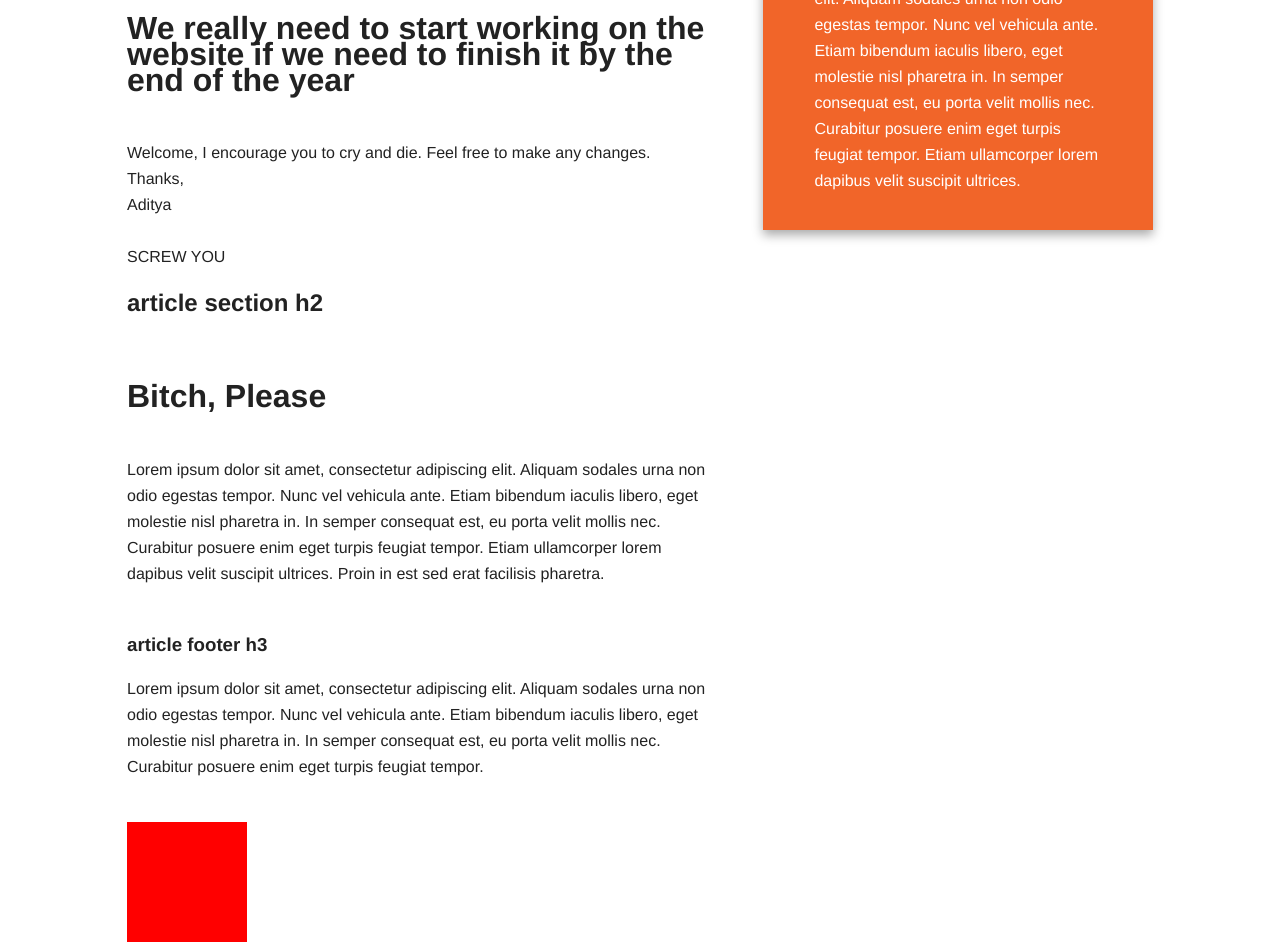
Repository: creativeday/Team2
Page: index.html
The author's editor kept a record of every edit. The page is drawn from the files as they stood at one moment, then again after the next edit.
The browser window is 1280 px wide. The pictures show the part of the page from y = 575 to 1527 px (the page is 2103 px tall before and 2077 px after).
A picture or video elsewhere on the page could not be fetched, so the positions and the page height are approximate. Some web libraries are served in a nearby version.

Above is the page before.

### index.html
<!DOCTYPE html>
<html class="no-js">
    <head>
        <script>
            alert("Welcome");
        </script>
        <meta charset="utf-8">
        <meta http-equiv="X-UA-Compatible" content="IE=edge,chrome=1">
        <title>Aditya</title>
        <meta name="description" content="">
        <meta name="viewport" content="width=device-width, initial-scale=1">

        <link rel="stylesheet" href="css/normalize.min.css">
        <link rel="stylesheet" href="css/main.css">

        <script src="js/vendor/modernizr-2.6.2-respond-1.1.0.min.js"></script>
    </head>
    <body>

        <div class="header-container">
            <header class="wrapper clearfix">
                <img src = http://upload.wikimedia.org/wikipedia/en/0/08/LearnToBeLogo.gif>
                <div class = "navlink">
                    <br>
                    <a href = "http://google.com">
                        <button>Google</button>
                    </a>
                </div>
                <div class = "navlink">
                    <br>
                    <a href = "http://google.com">
                        <button>Aditya is the best</button>
                    </a>
                </div>
                <div class = "navlink">
                    <br>
                    <a href = "http://google.com">
                        <button>Better than you</button>
                    </a>
                </div>
                <div class = "navlink">
                    <br>
                    <a href = "http://google.com">
                        <button>Button</button>
                    </a>
                </div>
                <div class = "navlink">
                    <br>
                    <a href = "http://google.com">
                        <button>Button</button>
                    </a>
                </div>
                <div class = "navlink">
                    <br>
                    <a href = "http://google.com">
                        <button>Button</button>
                    </a>
                </div>
                <nav>
                    <ul>
                        <li><a href="#">Innovate</a></li>
                        <li><a href="#">Create</a></li>
                        <li><a href="http://www.mvcompsci.com">MV Comp Sci</a></li>
                    </ul>
                </nav>
            </header>
        </div>

        <div class="main-container">
            <div class="main wrapper clearfix">

                <article>
                    <header>
                        <h1>Welcome</h1>
                        <h1>Lets get started</h1>
                    </header>
                    <section>
                        <br>
                        <h1>We really need to start working on the website if we need to finish it by the end of the year</h1><br>
                        Welcome, I encourage you to cry and die. Feel free to make any changes.
                        <br> Thanks,
                        <br> Aditya<br><br>
                        SCREW YOU
                    </section>
                    <section>
                        <h2>article section h2</h2>
                        <br><h1>Bitch, Please</h1><br>
                        Lorem ipsum dolor sit amet, consectetur adipiscing elit. Aliquam sodales urna non odio egestas tempor. Nunc vel vehicula ante. Etiam bibendum iaculis libero, eget molestie nisl pharetra in. In semper consequat est, eu porta velit mollis nec. Curabitur posuere enim eget turpis feugiat tempor. Etiam ullamcorper lorem dapibus velit suscipit ultrices. Proin in est sed erat facilisis pharetra.<br><br>
                    </section>
                    <footer>
                        <h3>article footer h3</h3>
                        Lorem ipsum dolor sit amet, consectetur adipiscing elit. Aliquam sodales urna non odio egestas tempor. Nunc vel vehicula ante. Etiam bibendum iaculis libero, eget molestie nisl pharetra in. In semper consequat est, eu porta velit mollis nec. Curabitur posuere enim eget turpis feugiat tempor.<br><br>
                    </footer>

                    <div>
                    <p></p><br><br><br><br><br><br><br><br><br><br><br><br><br><br><br><br>
                </article>

                <aside>
                    <h3>Aditya Ramkumar's Team 2 site</h3>
                    This site belongs to Aditya! Lorem ipsum dolor sit amet, consectetur adipiscing elit. Aliquam sodales urna non odio egestas tempor. Nunc vel vehicula ante. Etiam bibendum iaculis libero, eget molestie nisl pharetra in. In semper consequat est, eu porta velit mollis nec. Curabitur posuere enim eget turpis feugiat tempor. Etiam ullamcorper lorem dapibus velit suscipit ultrices.<br><br>
                </aside>

            </div> <!-- #main -->

        </div> <!-- #main-container -->

        <div>
            <style>
p {
    width: 120px;
    height: 120px;
    background: red;
    position: relative;
    /* Chrome, Safari, Opera */
    -webkit-animation-name: myfirst;
    -webkit-animation-duration: 3s;
    -webkit-animation-timing-function: linear;
    -webkit-animation-delay: 2s;
    -webkit-animation-iteration-count: infinite;
    -webkit-animation-direction: alternate;
    -webkit-animation-play-state: running;
    -webkit-transition: width 2s; /* For Safari 3.1 to 6.0 */
    transition: width 2s;
    /* Standard syntax */
    animation-name: myfirst;
    animation-duration: 3s;
    animation-timing-function: linear;
    animation-delay: 2s;
    animation-iteration-count: infinite;
    animation-direction: alternate;
    animation-play-state: running;
}

/* Chrome, Safari, Opera */
@-webkit-keyframes myfirst {
    0%   {background:red; left:0px; top:0px;}
    25%  {background:yellow; left:450px; top:0px;}
    50%  {background:blue; left:450px; top:450px;}
    75%  {background:green; left:0px; top:450px;}
    100% {background:red; left:0px; top:0px;}
}

/* Standard syntax */
@keyframes myfirst {
    0%   {background:red; left:0px; top:0px;}
    25%  {background:yellow; left:450px; top:0px;}
    50%  {background:blue; left:450px; top:450px;}
    75%  {background:green; left:0px; top:450px;}
    100% {background:red; left:0px; top:0px;}
}
p:hover {
    width: 300px;
}
</style>
        </div>


        <div class="footer-container">
            <footer class="wrapper">
                <h3>Thank you from Aditya</h3>
            </footer>
        </div>

        <script src="//ajax.googleapis.com/ajax/libs/jquery/1.11.1/jquery.min.js"></script>
        <script>window.jQuery || document.write('<script src="js/vendor/jquery-1.11.1.min.js"><\/script>')</script>

        <script src="js/main.js"></script>
    </body>
</html>

### css/main.css
/*! HTML5 Boilerplate v4.3.0 | MIT License | http://h5bp.com/ */

.navlink {
    width: 16.666%;
    float: left;
}

html,
button,
input,
select,
textarea {
    color: #222;
}

html {
    font-size: 1em;
    line-height: 1.4;
}

::-moz-selection {
    background: #b3d4fc;
    text-shadow: none;
}

::selection {
    background: #b3d4fc;
    text-shadow: none;
}

hr {
    display: block;
    height: 1px;
    border: 0;
    border-top: 1px solid #ccc;
    margin: 1em 0;
    padding: 0;
}

audio,
canvas,
img,
video {
    vertical-align: middle;
}

fieldset {
    border: 0;
    margin: 0;
    padding: 0;
}

textarea {
    resize: vertical;
}

.browsehappy {
    margin: 0.2em 0;
    background: #ccc;
    color: #000;
    padding: 0.2em 0;
}


/* ===== Initializr Styles ==================================================
   Author: Jonathan Verrecchia - verekia.com/initializr/responsive-template
   ========================================================================== */

body {
    font: 16px/26px Helvetica, Helvetica Neue, Arial;
}

.wrapper {
    width: 90%;
    margin: 0 5%;
}

/* ===================
    ALL: Orange Theme
   =================== */

.header-container {
    border-bottom: 20px solid #e44d26;
}

.footer-container,
.main aside {
    border-top: 20px solid #e44d26;
}

.header-container,
.footer-container,
.main aside {
    background: #f16529;
}

.title {
    color: white;
}

/* ==============
    MOBILE: Menu
   ============== */

nav ul {
    margin: 0;
    padding: 0;
}

nav a {
    display: block;
    margin-bottom: 10px;
    padding: 15px 0;

    text-align: center;
    text-decoration: none;
    font-weight: bold;

    color: white;
    background: #e44d26;
}

nav a:hover,
nav a:visited {
    color: white;
}

nav a:hover {
    text-decoration: underline;
}

/* ==============
    MOBILE: Main
   ============== */

.main {
    padding: 30px 0;
}

.main article h1 {
    font-size: 2em;
}

.main aside {
    color: white;
    padding: 0px 5% 10px;
}

.footer-container footer {
    color: white;
    padding: 20px 0;
}

/* ===============
    ALL: IE Fixes
   =============== */

.ie7 .title {
    padding-top: 20px;
}

/* ==========================================================================
   Author's custom styles
   ========================================================================== */















/* ==========================================================================
   Media Queries
   ========================================================================== */

@media only screen and (min-width: 480px) {

/* ====================
    INTERMEDIATE: Menu
   ==================== */

    nav a {
        float: left;
        width: 27%;
        margin: 0 1.7%;
        padding: 25px 2%;
        margin-bottom: 0;
    }

    nav li:first-child a {
        margin-left: 0;
    }

    nav li:last-child a {
        margin-right: 0;
    }

/* ========================
    INTERMEDIATE: IE Fixes
   ======================== */

    nav ul li {
        display: inline;
    }

    .oldie nav a {
        margin: 0 0.7%;
    }
}

@media only screen and (min-width: 768px) {

/* ====================
    WIDE: CSS3 Effects
   ==================== */

    .header-container,
    .main aside {
        -webkit-box-shadow: 0 5px 10px #aaa;
           -moz-box-shadow: 0 5px 10px #aaa;
                box-shadow: 0 5px 10px #aaa;
    }

/* ============
    WIDE: Menu
   ============ */

    .title {
        float: left;
    }

    nav {
        float: right;
        width: 38%;
    }

/* ============
    WIDE: Main
   ============ */

    .main article {
        float: left;
        width: 57%;
    }

    .main aside {
        float: right;
        width: 28%;
    }
}

@media only screen and (min-width: 1140px) {

/* ===============
    Maximal Width
   =============== */

    .wrapper {
        width: 1026px; /* 1140px - 10% for margins */
        margin: 0 auto;
    }
}

/* ==========================================================================
   Helper classes
   ========================================================================== */

.ir {
    background-color: transparent;
    border: 0;
    overflow: hidden;
    *text-indent: -9999px;
}

.ir:before {
    content: "";
    display: block;
    width: 0;
    height: 150%;
}

.hidden {
    display: none !important;
    visibility: hidden;
}

.visuallyhidden {
    border: 0;
    clip: rect(0 0 0 0);
    height: 1px;
    margin: -1px;
    overflow: hidden;
    padding: 0;
    position: absolute;
    width: 1px;
}

.visuallyhidden.focusable:active,
.visuallyhidden.focusable:focus {
    clip: auto;
    height: auto;
    margin: 0;
    overflow: visible;
    position: static;
    width: auto;
}

.invisible {
    visibility: hidden;
}

.clearfix:before,
.clearfix:after {
    content: " ";
    display: table;
}

.clearfix:after {
    clear: both;
}

.clearfix {
    *zoom: 1;
}

/* ==========================================================================
   Print styles
   ========================================================================== */

@media print {
    * {
        background: transparent !important;
        color: #000 !important;
        box-shadow: none !important;
        text-shadow: none !important;
    }

    a,
    a:visited {
        text-decoration: underline;
    }

    a[href]:after {
        content: " (" attr(href) ")";
    }

    abbr[title]:after {
        content: " (" attr(title) ")";
    }

    .ir a:after,
    a[href^="javascript:"]:after,
    a[href^="#"]:after {
        content: "";
    }

    pre,
    blockquote {
        border: 1px solid #999;
        page-break-inside: avoid;
    }

    thead {
        display: table-header-group;
    }

    tr,
    img {
        page-break-inside: avoid;
    }

    img {
        max-width: 100% !important;
    }

    @page {
        margin: 0.5cm;
    }

    p,
    h2,
    h3 {
        orphans: 3;
        widows: 3;
    }

    h2,
    h3 {
        page-break-after: avoid;
    }

}

Loaded but not shown: css/normalize.min.css (common file); js/vendor/modernizr-2.6.2-respond-1.1.0.min.js (library); js/main.js (empty)

After the next edit:
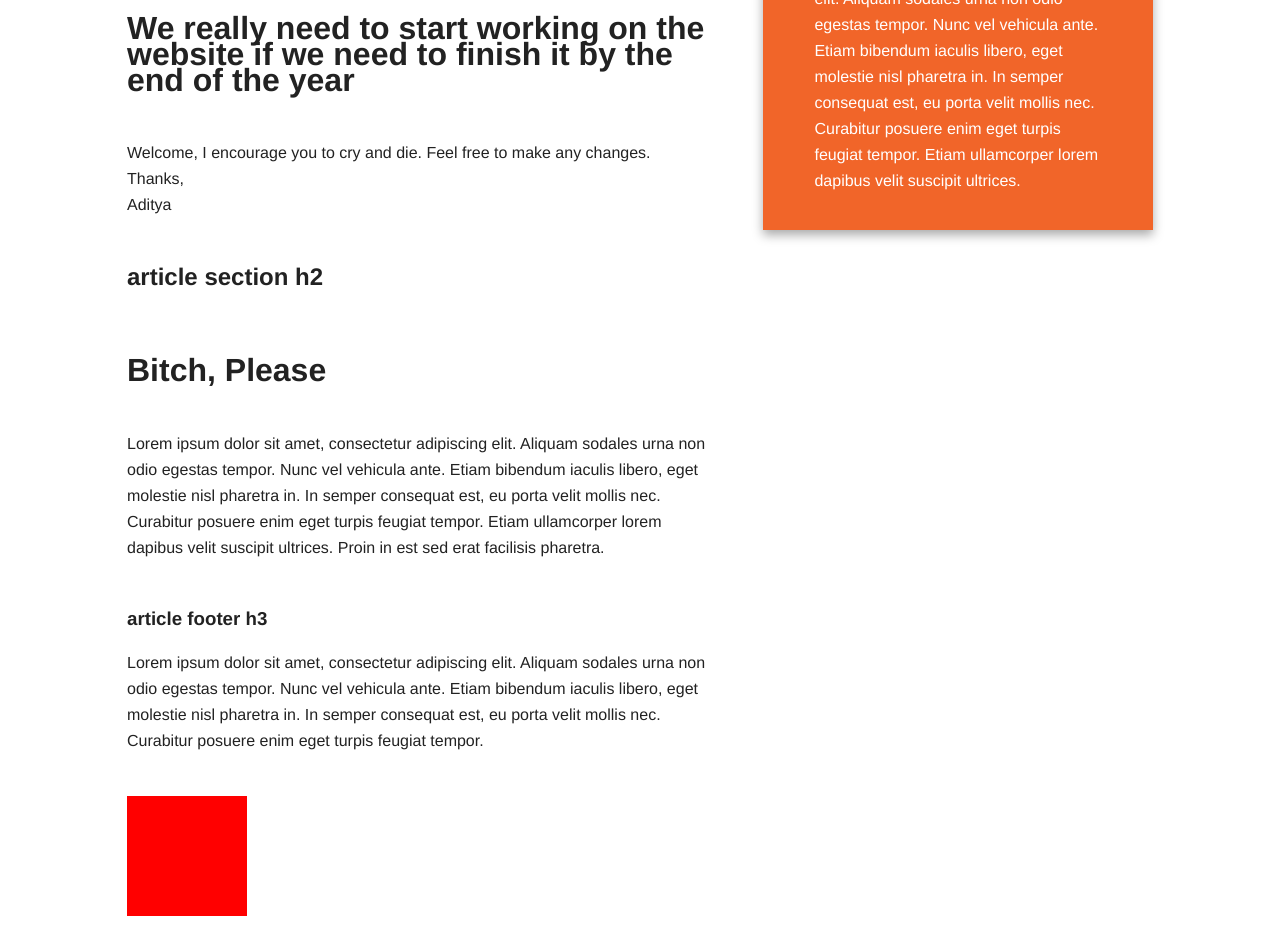
The edit:
--- a/index.html
+++ b/index.html
@@ -80,7 +80,6 @@
                         Welcome, I encourage you to cry and die. Feel free to make any changes.
                         <br> Thanks,
                         <br> Aditya<br><br>
-                        SCREW YOU
                     </section>
                     <section>
                         <h2>article section h2</h2>
